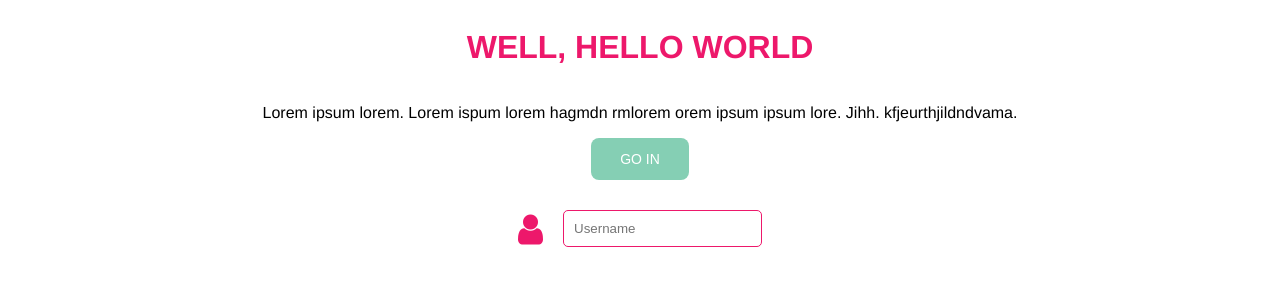
Repository: dianabit/react-app
Page: /, after clicking the first element matching `button.sc-bRKDuR`
These files come from the project's save history. The page is drawn as it stood at one moment and after the next save; the edit follows.
The browser window is 1280 px wide. The pictures show the whole page.
Some icons come from a web library that is not loaded, so they are not drawn. Some web libraries are served in a nearby version. The project was rebuilt for these pictures with package versions that can differ from the ones it lists, and the page was loaded fresh each time. Also part of the build but not shown: webpack.config.js.

Above is the page before, as saved 2018-12-01 14:22:41.

After the next save:
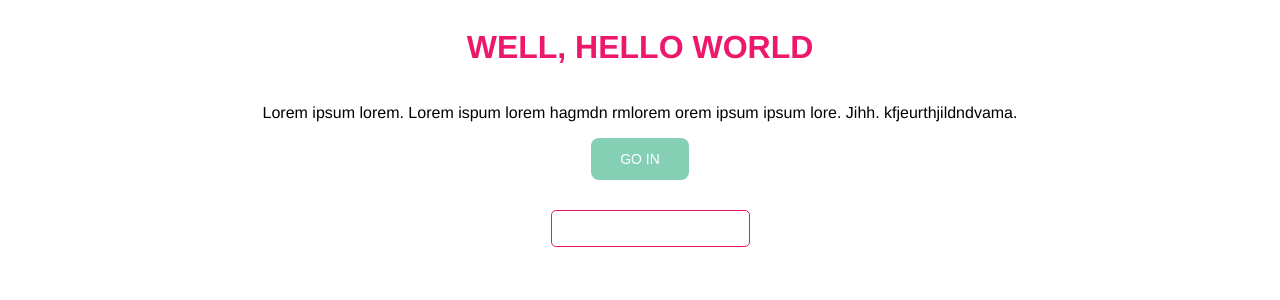
Saved 53 s later.
--- a/src/components/Form/FormInput.js
+++ b/src/components/Form/FormInput.js
@@ -25,16 +25,16 @@ const Input = styled.input`
 `;
 
 function FormInput(props) {
-  const {onChange, onBlur} = props;
+  const {onChange, onBlur, name, placeholder, icon} = props;
   return (
     <FieldWrapper>
-      <i class="fa fa-user"/>
+      <i class={`fa fa-${icon}`}/>
       <Field>
         <Input
-          name="Username"
+          name={name}
           onChange={onChange}
           onBlur={onBlur}
-          placeholder="Username"
+          placeholder={placeholder}
         />
       </Field>
     </FieldWrapper>
